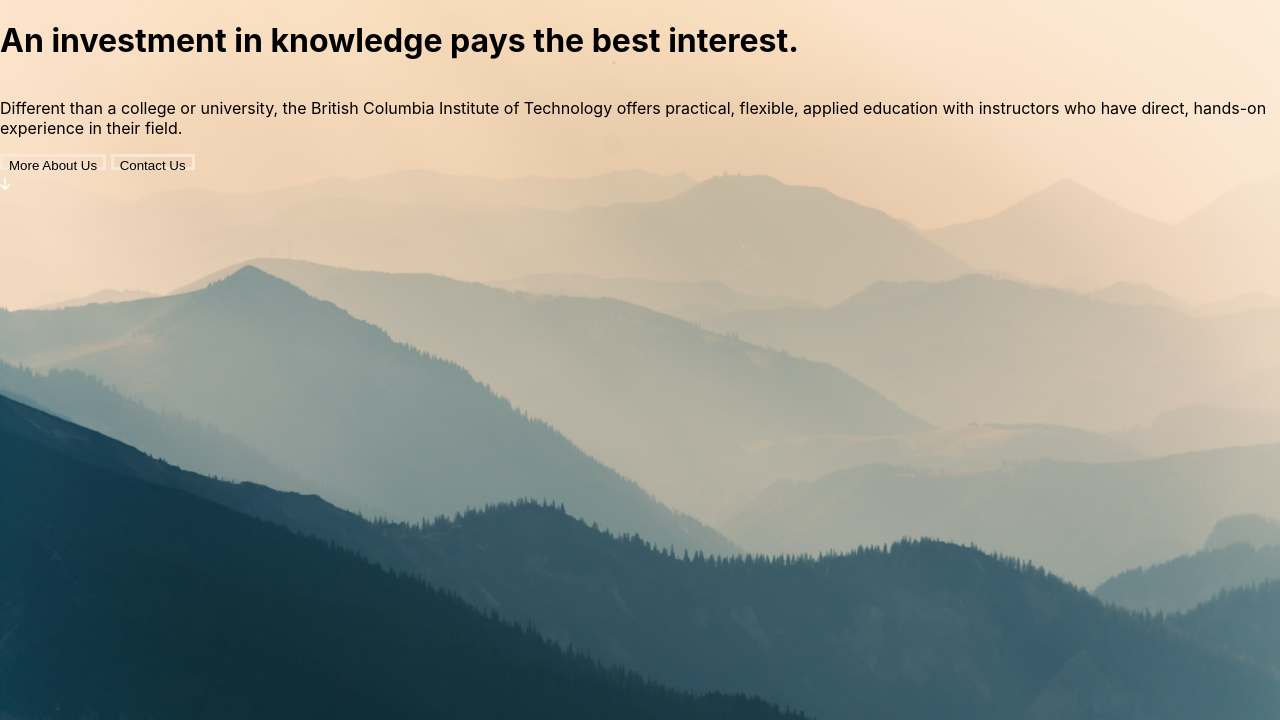
Repository: SaraShio/A01314209_Sara_Shiojima
Page: /
The author's editor kept a copy of each file at every save. The page is drawn from the files as they stood at one save, then again after the next save.
The browser window is 1280 px wide. The pictures show the whole page.
The project was rebuilt for these pictures with package versions that can differ from the ones it lists, and the page was loaded fresh each time. The framework's server and built-in components were replaced by stand-ins that run in the browser. Also part of the build but not shown: next.config.js.

Above is the page before, as saved 2023-02-07 22:19:11.

### pages/index.js
import Head from 'next/head'
import Image from 'next/image'
import styles from '../styles/Home.module.css'
import Link from 'next/link'
import Arrow from '../components/Arrow'

export default function Home() {
  return (
    <>
      <Head>
        <title>Home</title>
        <meta name="author" content="MDIA 2109" />
        <meta property="og:title" content="Assignment #1 - Home Page" />
        <meta property="og:description" content="BCIT Digital Design and Development Diploma" />
        <link rel="icon" href='/favicon.png' />
      </Head>

      <main className={styles.main}>
        <div className={styles.content}>
          <header>
            <h1>An investment in knowledge pays the best interest.</h1>
          </header>

          <p>Different than a college or university, the British Columbia Institute of Technology offers practical, flexible, applied education with instructors who have direct, hands-on experience in their field.</p>
          <div>
            <a href='/about'> <button className={styles.button}>More About Us</button></a>

            <a href='/contact'> <button className={styles.button}>Contact Us</button></a>
          </div>
        </div>
        <Arrow page="Home" />
      </main>
    </>
  )
}

### styles/globals.css
:root{
  --beige:#f9e8d8;
  }


html,
body {
  padding: 0;
  margin: 0;
  font-family: -apple-system, BlinkMacSystemFont, Segoe UI, Roboto, Oxygen,
    Ubuntu, Cantarell, Fira Sans, Droid Sans, Helvetica Neue, sans-serif;
}

a {
  color: inherit;
  text-decoration: none;
}

* {
  box-sizing: border-box;
}

@media (prefers-color-scheme: dark) {
  html {
    color-scheme: dark;
  }
  body {
    color: white;
    background: black;
  }
}

### styles/Home.module.css

.main{
background-image: url(../public/background-images/backgroundMountain.jpg);
height: 100vh;
width: 100vw;
 background-size: cover;
  background-repeat:no-repeat;
  background-position:center;
}



.content{
    display: flex;
    flex-direction: column;
    justify-content: center;
    align-items: left;
}

.button{
background-color: transparent;
border: 0.2rem solid var(--beige);
height: 1rem;
}

### components/Arrow/index.js
import styles from './Arrow.module.css'

export default function Arrow({
    page = "home",
}) {
    return (

        page.toLowerCase() === "home" ?
            <div className={styles.arrow}><a><span><img src={'public/icons/downwardArrow.png'} /></span></a>
            </div> :
            page.toLowerCase() === "about" ?
                <div className={styles.arrow}><a><span><img src={'public/icons/upwardArrow.png'} /></span></a>
                    <a><span><img src={'public/icons/downwardArrow.png'} /></span></a>
                </div> :
                page.toLowerCase() === "contact" ?
                    <div className={styles.arrow}><a href="/about"><span><img src={'public/icons/upwardArrow.png'} /></span></a>
                    </div> :
                    <div className={styles.arrow}><a href="/"><span><img src={'public/icons/downwardArrow.png'} /></span></a>
                    </div>
    )
}

### components/Arrow/Arrow.module.css
.arrow{
    color: pink;
    bottom:20px;
}


.arrow > a > span > img{
    width: 10px;
}

Loaded but not shown: pages/_app.js (common file)

After the next save:
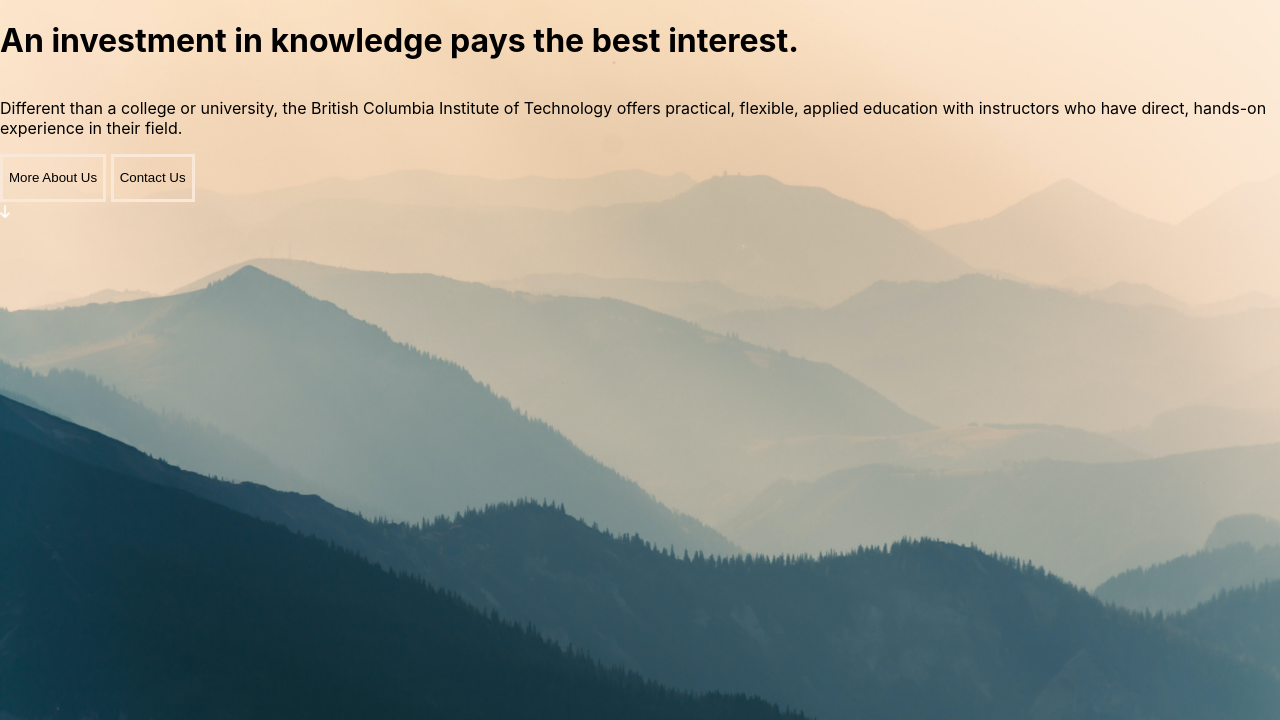
Saved 12 s later.
--- a/styles/Home.module.css
+++ b/styles/Home.module.css
@@ -20,5 +20,5 @@ width: 100vw;
 .button{
 background-color: transparent;
 border: 0.2rem solid var(--beige);
-height: 1rem;
+height: 3rem;
 }
